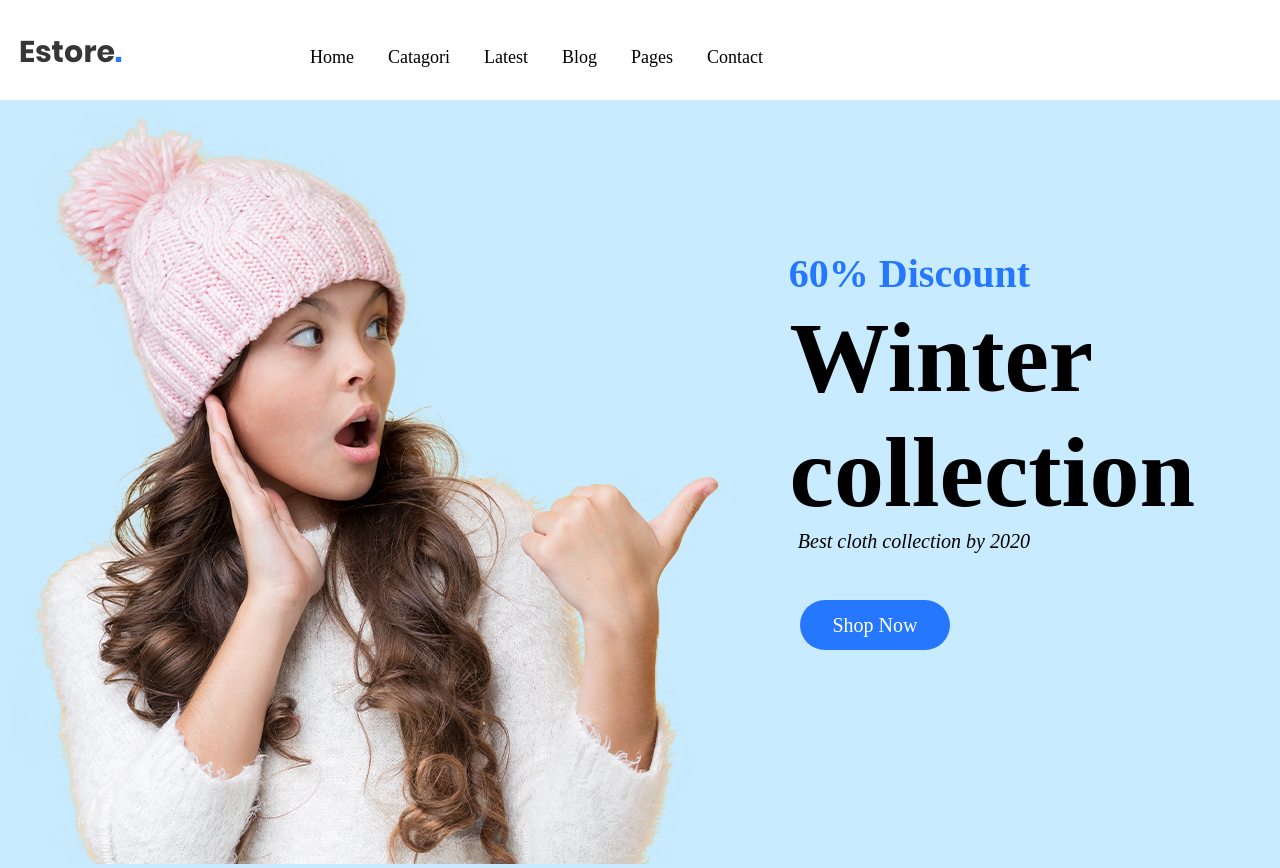
Repository: nhutduy0803/template1
Page: index.html
These files come from the project's save history. The page is drawn as it stood at one moment and after the next save; the edit follows.
The browser window is 1280 px wide. The pictures show the whole page.

Above is the page before, as saved 2021-12-02 21:12:10.

After the next save:
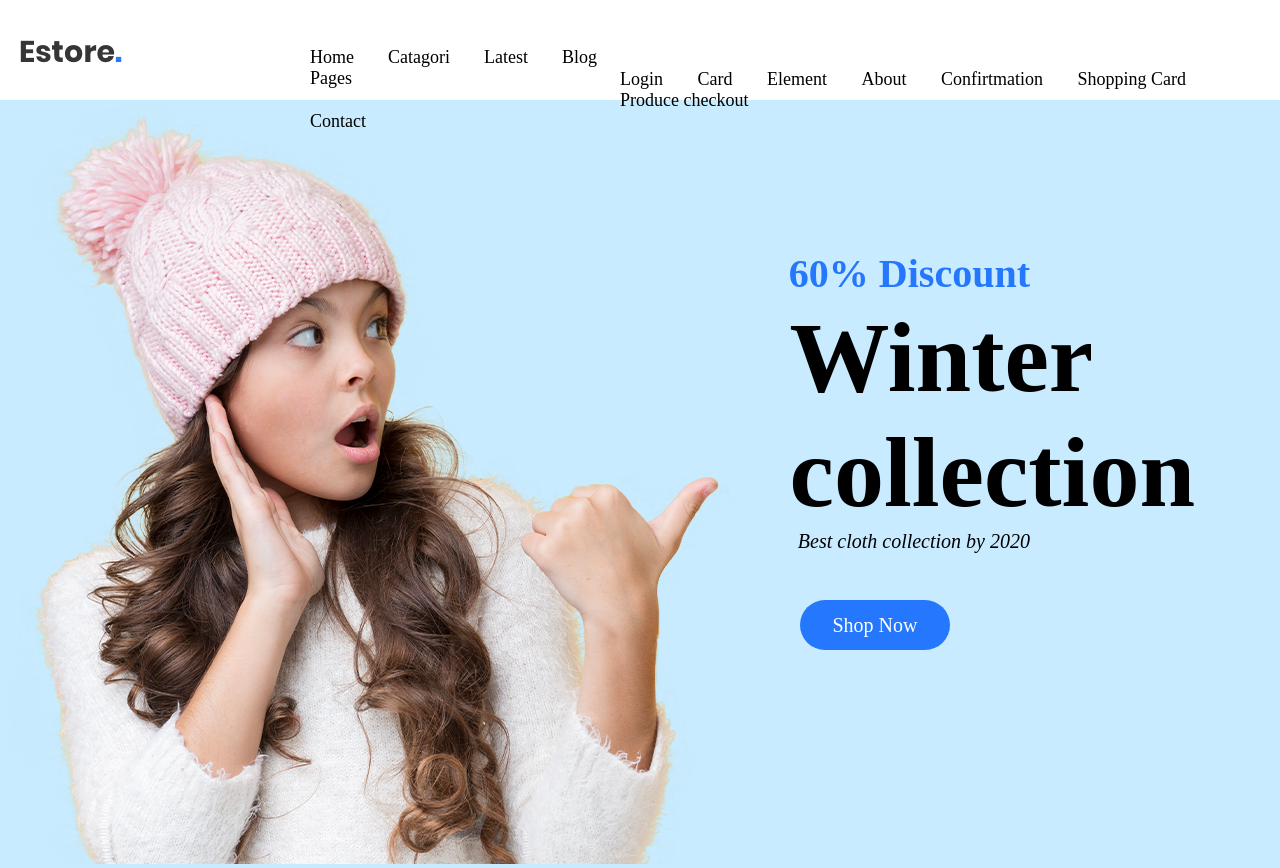
Saved 114 s later.
--- a/index.html
+++ b/index.html
@@ -32,7 +32,18 @@
             <span>Blog Details</span>
           </ul>
         </li>
-        <li>Pages</li>
+        <li>
+          Pages
+          <ul class="sub-nav3">
+            <li>Login</li>
+            <li>Card</li>
+            <li>Element</li>
+            <li>About</li>
+            <li>Confirtmation</li>
+            <li>Shopping Card</li>
+            <li>Produce checkout</li>
+          </ul>
+        </li>
         <li>Contact</li>
       </ul>
     </div>

After the save that followed:
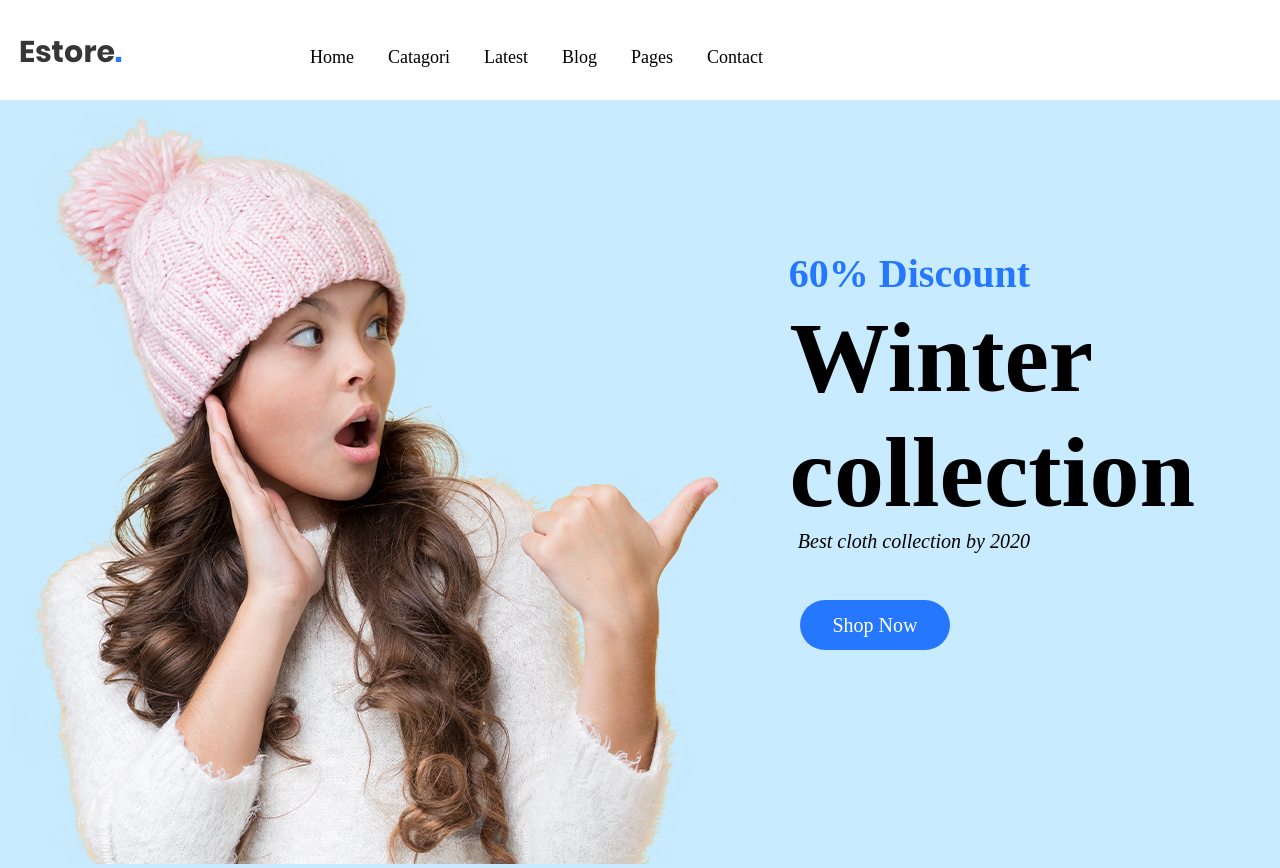
Saved 63 s later.
--- a/assets/css/style.css
+++ b/assets/css/style.css
@@ -98,6 +98,10 @@ html {
   position: relative;
 }
 
+.header li:nth-child(5) {
+  position: relative;
+}
+
 .header ul li {
   font-size: 18px;
   margin-left: 30px;
@@ -122,12 +126,22 @@ html {
   display: block;
   color: #000;
 }
+.sub-nav3 span {
+  margin-left: 15px;
+  margin-top: 15px;
+  display: block;
+  color: #000;
+}
 
 .sub-nav span:hover {
   color: #dc3545;
 }
 
 .sub-nav2 span:hover {
+  color: #dc3545;
+}
+
+.sub-nav3 span:hover {
   color: #dc3545;
 }
 
@@ -155,6 +169,18 @@ html {
   transition: 0.3s;
 }
 
+.sub-nav3 {
+  border-top: 5px solid #dc3545;
+  position: absolute;
+  top: 50px;
+  left: -300px;
+  background: #fff;
+  width: 150px;
+  height: 400px;
+  opacity: 0;
+  transition: 0.3s;
+}
+
 .header li:nth-child(3):hover .sub-nav {
   position: absolute;
   top: 70px;
@@ -168,3 +194,10 @@ html {
   transition: 0.3s;
   opacity: 1;
 }
+
+.header li:nth-child(5):hover .sub-nav3 {
+  position: absolute;
+  top: 70px;
+  transition: 0.3s;
+  opacity: 1;
+}
